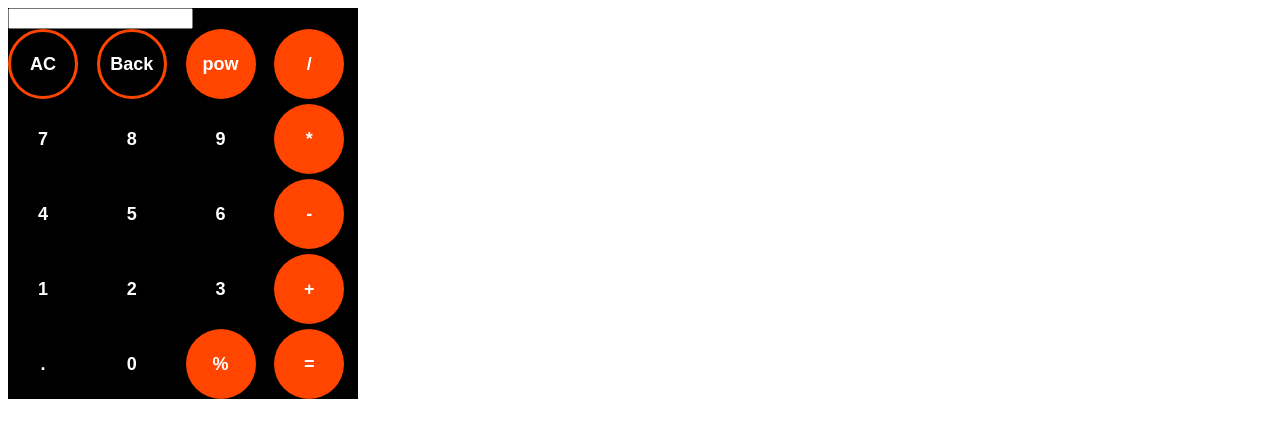
Repository: SakthivelDurai47/calculator
Page: index.html
The author's editor kept a copy of each file at every save. The page is drawn from the files as they stood at one save, then again after the next save.
The browser window is 1280 px wide. The pictures show the whole page.

Above is the page before, as saved 2025-04-13 15:13:56.

After the next save:
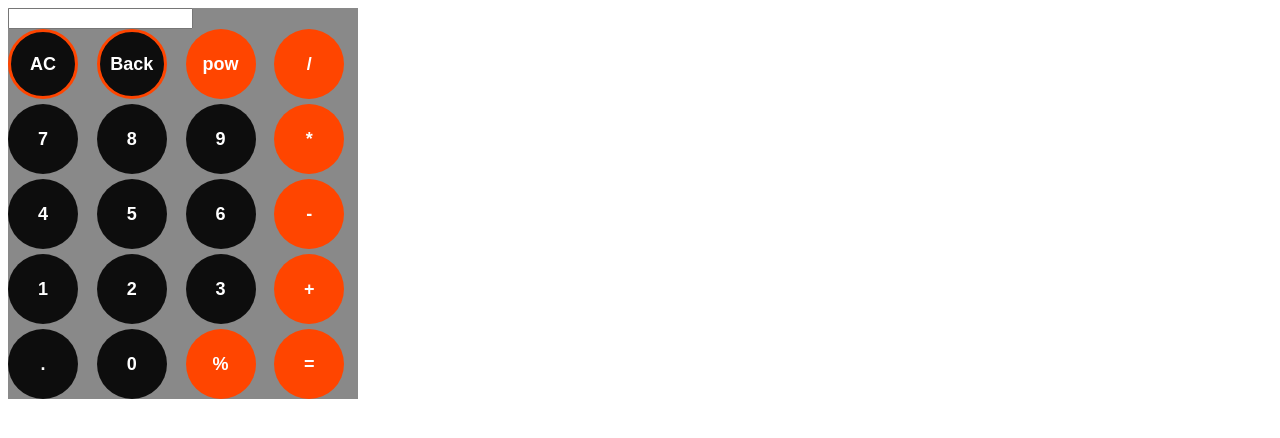
Saved 4 s later.
--- a/styles.css
+++ b/styles.css
@@ -33,5 +33,5 @@ button:active {
 }
 #calculator {
   width: 350px;
-  background-color: black;
+  background-color: rgba(0, 0, 0, 0.463);
 }
